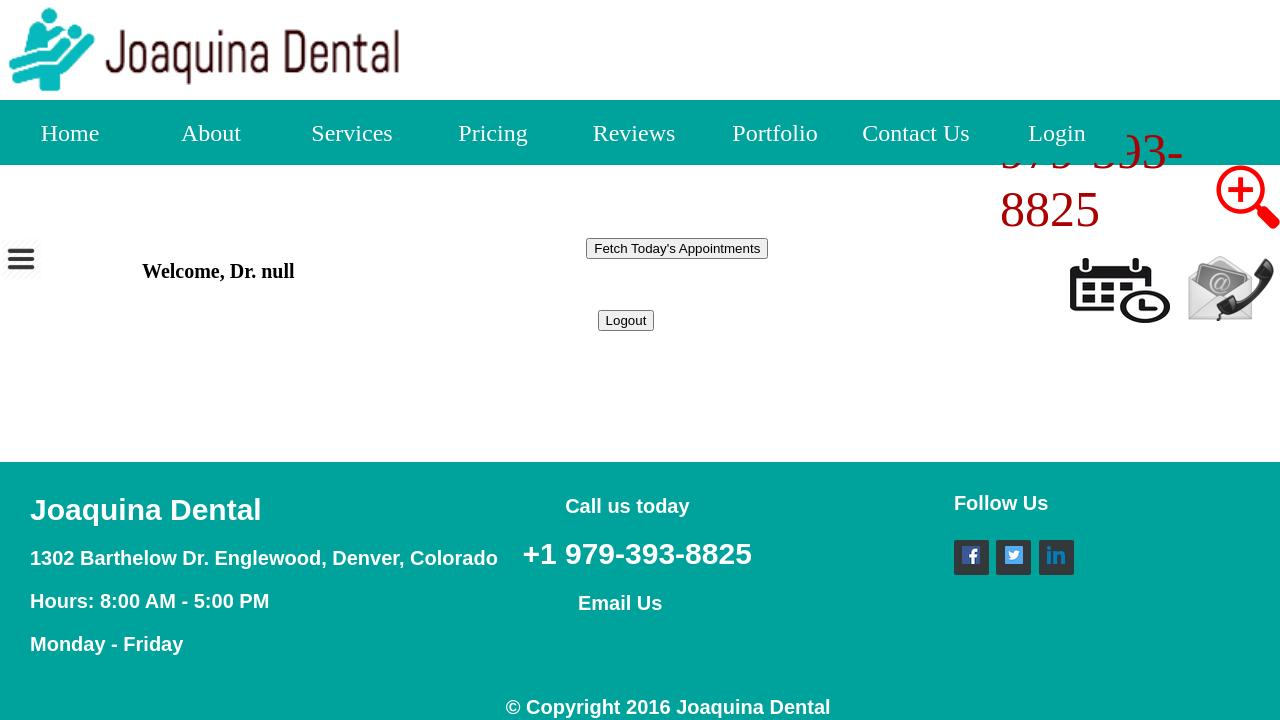
Repository: ManjushaBolishetty/test
Page: http://localhost/test/DentistHomePage.jsp
An editor plug-in stored every save of this project. The page is shown before and after the next save, followed by the edit.
The browser window is 1280 px wide. The pictures show the whole page.
After loading, the first visible `#getApt` was clicked once.
The page is served by Tomcat 9. Queries for data that is not in the repository find no rows.

Above is the page before, as saved 2016-04-03 16:44:44.

After the next save:
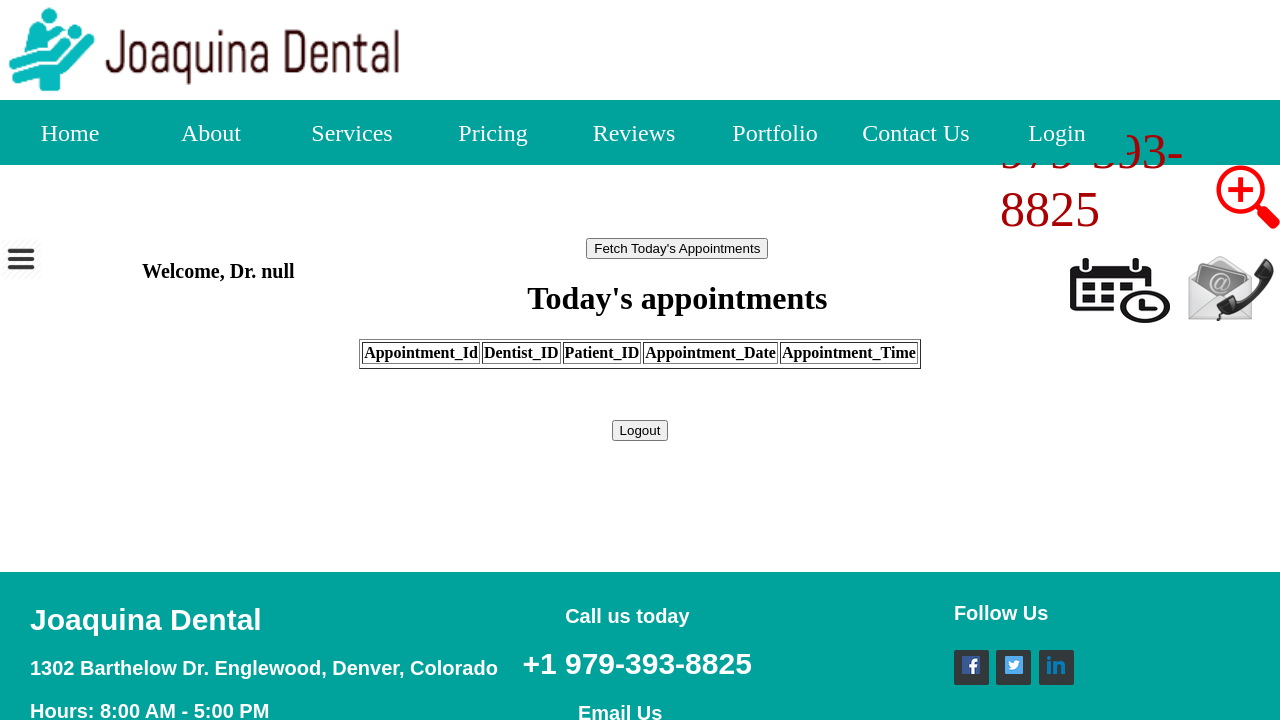
Saved 3 min 6 s later.
--- a/test/WebContent/DentistHomePage.jsp
+++ b/test/WebContent/DentistHomePage.jsp
@@ -20,7 +20,7 @@ function fetchAppointment(){
           dataType : "text",
           success : function(data) {
         	  alert('hi');
-        	  $('#divAppointmentList').innerHTML=data;
+        	  $('#divAppointmentList').append(data);
           }
 });
 }
